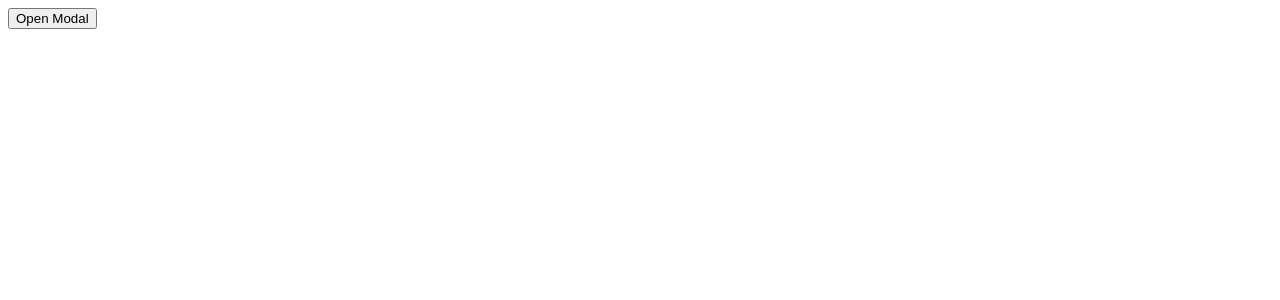
Repository: adrcstro/TrackingManagement
Page: http://localhost/tcpdf/Loginsystem/chart.php
These files come from the project's save history. The page is drawn as it stood at one moment and after the next save; the edit follows.
The browser window is 1280 px wide. The pictures show the whole page.
Some web libraries are served in a nearby version. The page is run by PHP 8.4 with error messages shown; the project is at /var/www/html/.

Above is the page before, as saved 2023-11-25 07:22:36.

### Loginsystem/chart.php
<!DOCTYPE html>
<html lang="en">
<head>
    <meta charset="UTF-8">
    <meta name="viewport" content="width=device-width, initial-scale=1.0">
    <title>Modal Example</title>
    <style>
        /* Style for the modal */
        .modal {
            display: none;
            position: fixed;
            top: 50%;
            left: 50%;
            transform: translate(-50%, -50%);
            padding: 20px;
            background-color: #fff;
            border: 1px solid #ccc;
            box-shadow: 0 4px 8px rgba(0, 0, 0, 0.1);
            z-index: 1;
        }

        /* Style for the overlay background */
        .overlay {
            display: none;
            position: fixed;
            top: 0;
            left: 0;
            width: 100%;
            height: 100%;
            background-color: rgba(0, 0, 0, 0.5);
            z-index: 1;
        }
    </style>
</head>
<body>

<!-- Button to open the modal -->
<button onclick="openModal()">Open Modal</button>

<!-- The Modal -->
<div class="modal" id="myModal">
    <p>Modal content goes here!</p>
    <button onclick="reloadPage()">Reload Page</button>
    <button onclick="closeModal()">Close</button>
</div>

<!-- The Overlay -->
<div class="overlay" id="overlay" onclick="closeModal()"></div>

<script>
    // Function to open the modal
    function openModal() {
        var modal = document.getElementById("myModal");
        var overlay = document.getElementById("overlay");
        modal.style.display = "block";
        overlay.style.display = "block";
    }

    // Function to close the modal
    function closeModal() {
        var modal = document.getElementById("myModal");
        var overlay = document.getElementById("overlay");
        modal.style.display = "none";
        overlay.style.display = "none";
    }

    // Function to reload the page
    function reloadPage() {
        location.reload();
    }
</script>

</body>
</html>

After the next save:
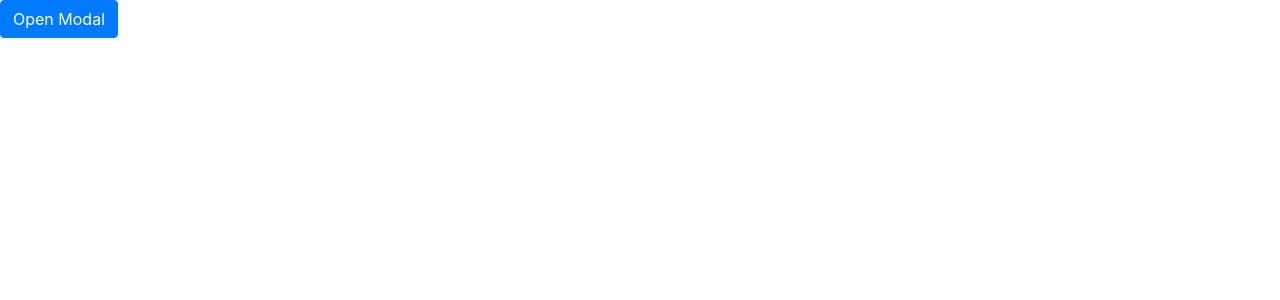
Saved 79 s later.
--- a/Loginsystem/chart.php
+++ b/Loginsystem/chart.php
@@ -3,67 +3,44 @@
 <head>
     <meta charset="UTF-8">
     <meta name="viewport" content="width=device-width, initial-scale=1.0">
-    <title>Modal Example</title>
-    <style>
-        /* Style for the modal */
-        .modal {
-            display: none;
-            position: fixed;
-            top: 50%;
-            left: 50%;
-            transform: translate(-50%, -50%);
-            padding: 20px;
-            background-color: #fff;
-            border: 1px solid #ccc;
-            box-shadow: 0 4px 8px rgba(0, 0, 0, 0.1);
-            z-index: 1;
-        }
-
-        /* Style for the overlay background */
-        .overlay {
-            display: none;
-            position: fixed;
-            top: 0;
-            left: 0;
-            width: 100%;
-            height: 100%;
-            background-color: rgba(0, 0, 0, 0.5);
-            z-index: 1;
-        }
-    </style>
+    <title>Modal Example with Bootstrap</title>
+    <!-- Include Bootstrap CSS -->
+    <link rel="stylesheet" href="https://stackpath.bootstrapcdn.com/bootstrap/4.5.2/css/bootstrap.min.css">
 </head>
 <body>
 
-<!-- Button to open the modal -->
-<button onclick="openModal()">Open Modal</button>
+<!-- Button to trigger the modal -->
+<button type="button" class="btn btn-primary" data-toggle="modal" data-target="#myModal">
+    Open Modal
+</button>
 
-<!-- The Modal -->
-<div class="modal" id="myModal">
-    <p>Modal content goes here!</p>
-    <button onclick="reloadPage()">Reload Page</button>
-    <button onclick="closeModal()">Close</button>
+<!-- Modal -->
+<div class="modal fade" id="myModal" tabindex="-1" role="dialog" aria-labelledby="exampleModalLabel" aria-hidden="true">
+    <div class="modal-dialog" role="document">
+        <div class="modal-content">
+            <div class="modal-header">
+                <h5 class="modal-title" id="exampleModalLabel">Modal Title</h5>
+                <button type="button" class="close" data-dismiss="modal" aria-label="Close">
+                    <span aria-hidden="true">&times;</span>
+                </button>
+            </div>
+            <div class="modal-body">
+                <p>Modal content goes here!</p>
+            </div>
+            <div class="modal-footer">
+                <button type="button" class="btn btn-secondary" data-dismiss="modal">Close</button>
+                <button type="button" class="btn btn-primary" onclick="reloadPage()">Reload Page</button>
+            </div>
+        </div>
+    </div>
 </div>
 
-<!-- The Overlay -->
-<div class="overlay" id="overlay" onclick="closeModal()"></div>
+<!-- Include Bootstrap JS and Popper.js -->
+<script src="https://code.jquery.com/jquery-3.5.1.slim.min.js"></script>
+<script src="https://cdn.jsdelivr.net/npm/@popperjs/core@2.0.7/dist/umd/popper.min.js"></script>
+<script src="https://stackpath.bootstrapcdn.com/bootstrap/4.5.2/js/bootstrap.min.js"></script>
 
 <script>
-    // Function to open the modal
-    function openModal() {
-        var modal = document.getElementById("myModal");
-        var overlay = document.getElementById("overlay");
-        modal.style.display = "block";
-        overlay.style.display = "block";
-    }
-
-    // Function to close the modal
-    function closeModal() {
-        var modal = document.getElementById("myModal");
-        var overlay = document.getElementById("overlay");
-        modal.style.display = "none";
-        overlay.style.display = "none";
-    }
-
     // Function to reload the page
     function reloadPage() {
         location.reload();

After the 3 saves that followed:
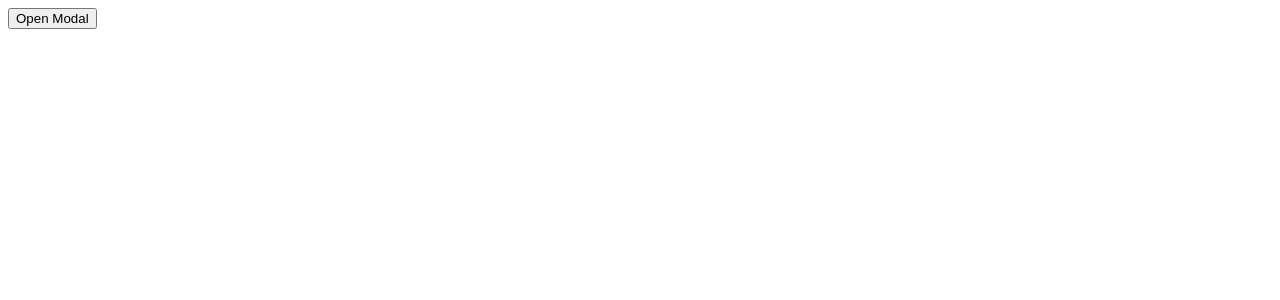
The 3 saves are shown as one change because 2 left the picture as it was.
The last was saved 3 min 0 s later.
--- a/Loginsystem/chart.php
+++ b/Loginsystem/chart.php
@@ -3,45 +3,68 @@
 <head>
     <meta charset="UTF-8">
     <meta name="viewport" content="width=device-width, initial-scale=1.0">
-    <title>Modal Example with Bootstrap</title>
-    <!-- Include Bootstrap CSS -->
-    <link rel="stylesheet" href="https://stackpath.bootstrapcdn.com/bootstrap/4.5.2/css/bootstrap.min.css">
+    <title>Modal Example</title>
+    <style>
+        /* Style for the modal */
+        .modal {
+            display: none;
+            position: fixed;
+            top: 50%;
+            left: 50%;
+            transform: translate(-50%, -50%);
+            padding: 20px;
+            background-color: #fff;
+            border: 1px solid #ccc;
+            box-shadow: 0 4px 8px rgba(0, 0, 0, 0.1);
+            z-index: 1;
+        }
+
+        /* Style for the overlay background */
+        .overlay {
+            display: none;
+            position: fixed;
+            top: 0;
+            left: 0;
+            width: 100%;
+            height: 100%;
+            background-color: rgba(0, 0, 0, 0.5);
+            z-index: 1;
+        }
+    </style>
 </head>
 <body>
 
-<!-- Button to trigger the modal -->
-<button type="button" class="btn btn-primary" data-toggle="modal" data-target="#myModal">
-    Open Modal
-</button>
+<!-- Button to open the modal -->
+<button onclick="openModal()">Open Modal</button>
 
-<!-- Modal -->
-<div class="modal fade" id="myModal" tabindex="-1" role="dialog" aria-labelledby="exampleModalLabel" aria-hidden="true">
-    <div class="modal-dialog" role="document">
-        <div class="modal-content">
-            <div class="modal-header">
-                <h5 class="modal-title" id="exampleModalLabel">Modal Title</h5>
-                <button type="button" class="close" data-dismiss="modal" aria-label="Close">
-                    <span aria-hidden="true">&times;</span>
-                </button>
-            </div>
-            <div class="modal-body">
-                <p>Modal content goes here!</p>
-            </div>
-            <div class="modal-footer">
-                <button type="button" class="btn btn-secondary" data-dismiss="modal">Close</button>
-                <button type="button" class="btn btn-primary" onclick="reloadPage()">Reload Page</button>
-            </div>
-        </div>
-    </div>
+<!-- The Modal -->
+<div class="modal" id="myModal">
+    <p>Modal content goes here!</p>
+    <button onclick="reloadPage()">Reload Page</button>
+    <button onclick="closeModal()">Close</button>
 </div>
 
-<!-- Include Bootstrap JS and Popper.js -->
-<script src="https://code.jquery.com/jquery-3.5.1.slim.min.js"></script>
-<script src="https://cdn.jsdelivr.net/npm/@popperjs/core@2.0.7/dist/umd/popper.min.js"></script>
-<script src="https://stackpath.bootstrapcdn.com/bootstrap/4.5.2/js/bootstrap.min.js"></script>
+<!-- The Overlay -->
+<div class="overlay" id="overlay" onclick="closeModal()"></div>
 
 <script>
-    // Function to reload the page
+    // Function to open the modal
+    function openModal() {
+        var modal = document.getElementById("myModal");
+        var overlay = document.getElementById("overlay");
+        modal.style.display = "block";
+        overlay.style.display = "block";
+    }
+
+    // Function to close the modal
+    function closeModal() {
+        var modal = document.getElementById("myModal");
+        var overlay = document.getElementById("overlay");
+        modal.style.display = "none";
+        overlay.style.display = "none";
+    }
+
+    // Function to reload the page without closing the modal
     function reloadPage() {
         location.reload();
     }
